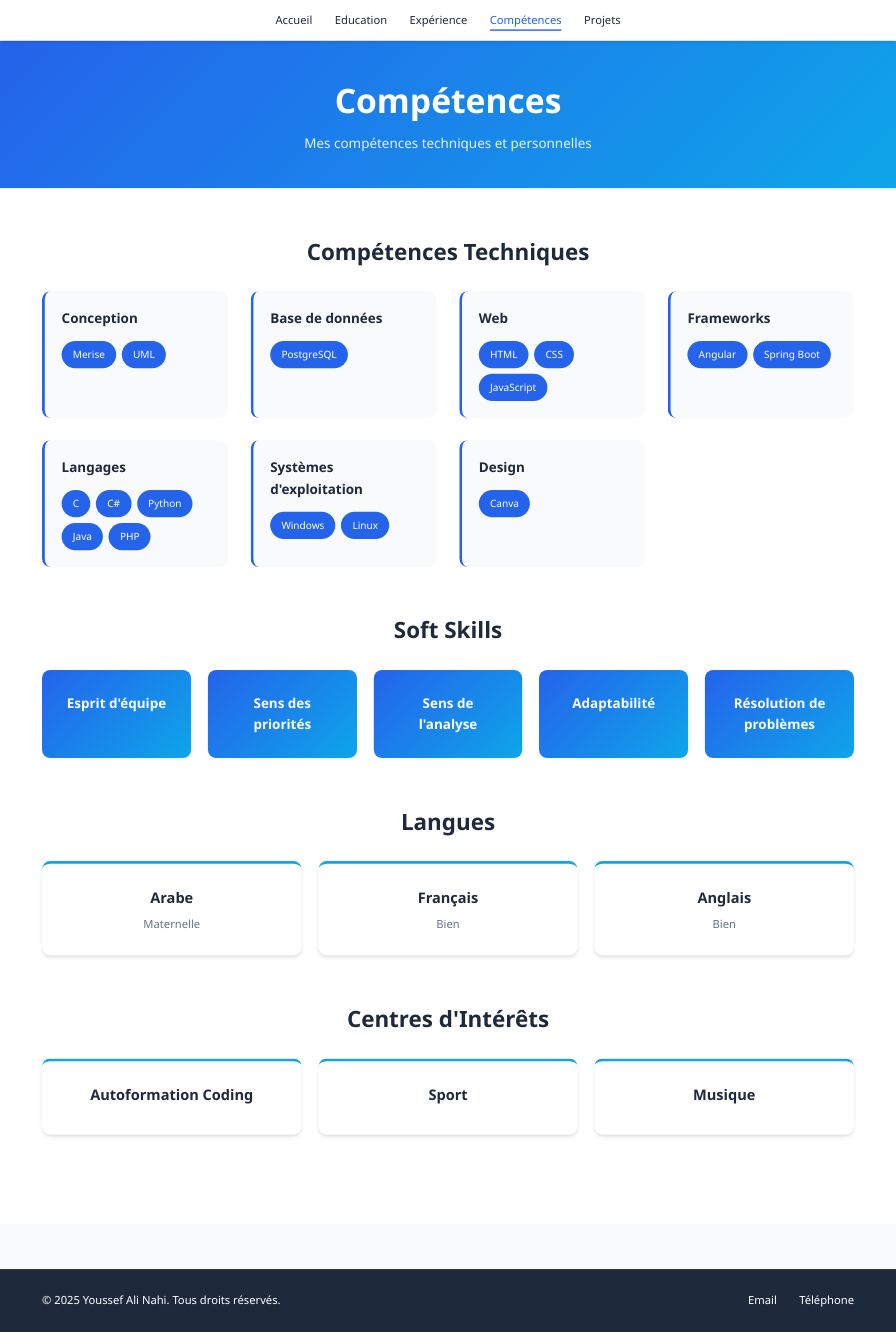
Repository: Youssef-Nahi504/My_Portfolio
Page: competences.html
The author's editor kept a copy of each file at every save. The page is drawn from the files as they stood at one save, then again after the next save.
The browser window is 1280 px wide. The pictures show the whole page, at 70% of full size.

Above is the page before, as saved 2025-12-19 16:14:45.

After the next save:
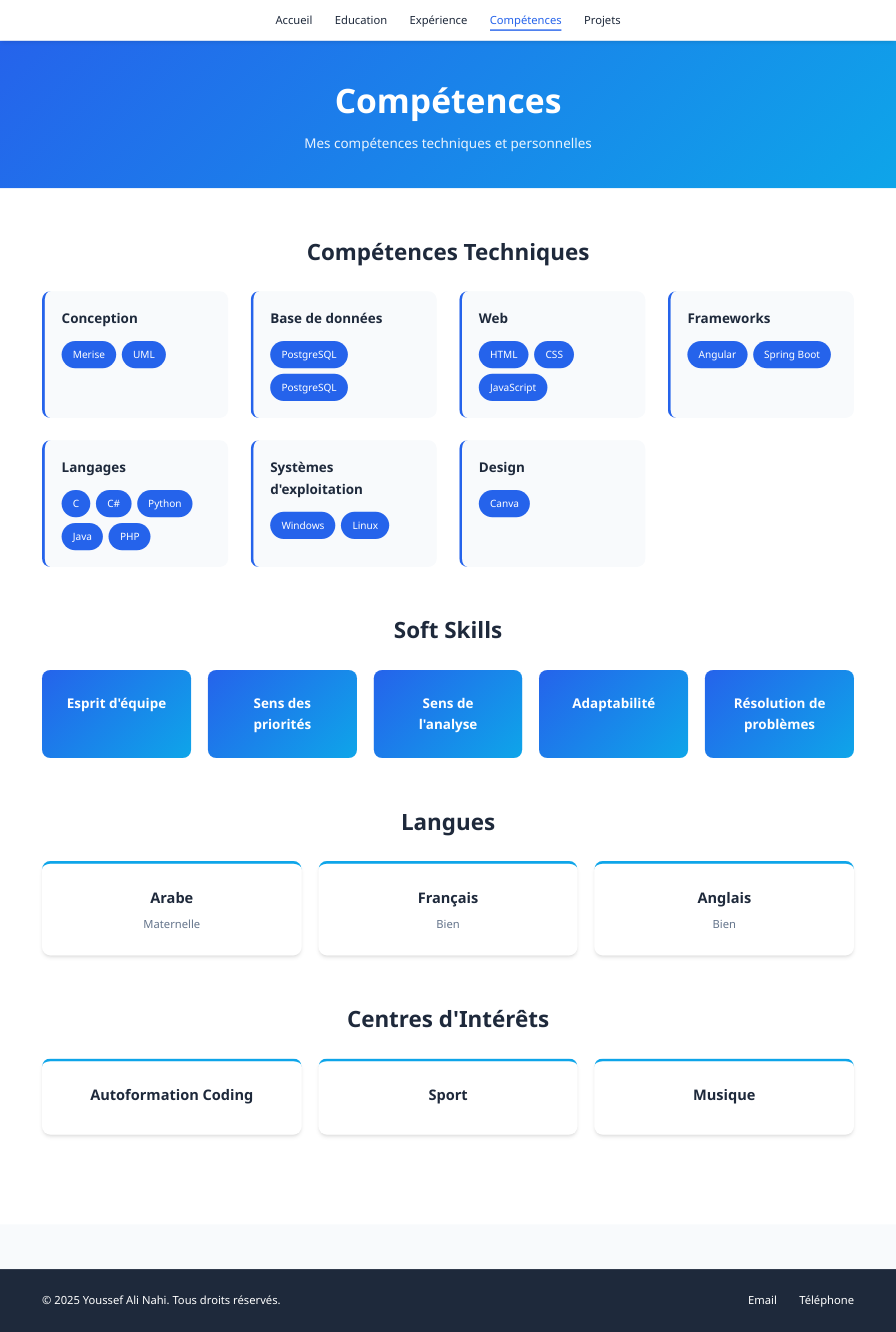
Saved 37 s later.
--- a/competences.html
+++ b/competences.html
@@ -47,6 +47,7 @@
                         <div class="skill-group">
                             <h3>Base de données</h3>
                             <div class="skill-tags">
+                                <span class="skill-tag">PostgreSQL</span>
                                 <span class="skill-tag">PostgreSQL</span>
                             </div>
                         </div>
